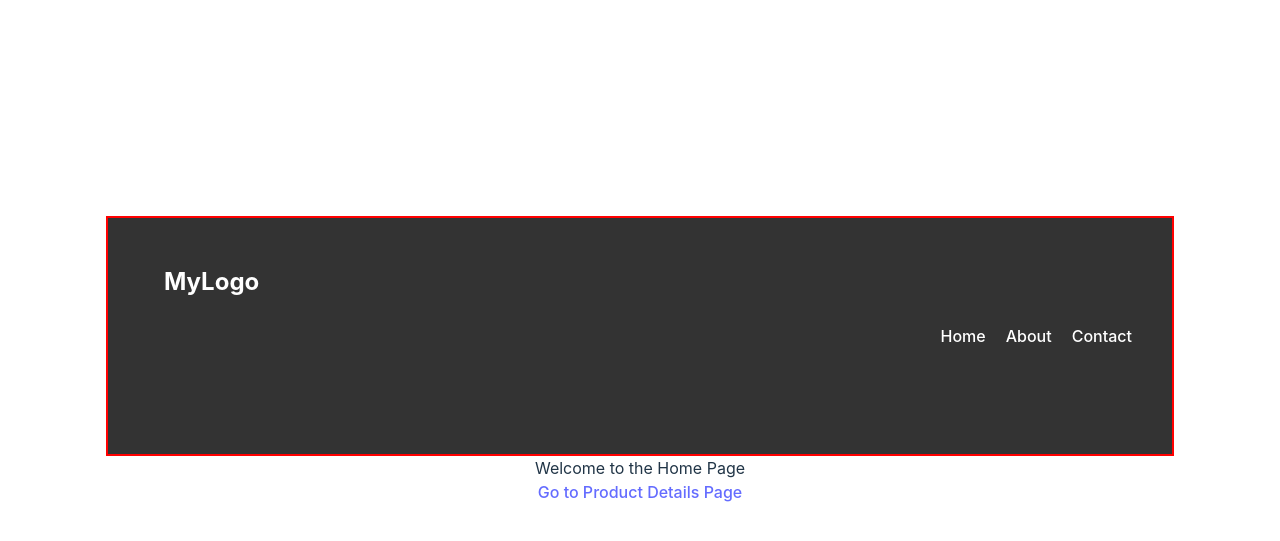
Repository: marcusdashe/proof-of-concept-react-routing
Page: /
The author's editor kept a copy of each file at every save. The page is drawn from the files as they stood at one save, then again after the next save.
The browser window is 1280 px wide. The pictures show the whole page.
The project was rebuilt for these pictures with package versions that can differ from the ones it lists, and the page was loaded fresh each time. Also part of the build but not shown: vite.config.js, src/pages/ProductDetails.jsx, src/pages/Checkout.jsx.

Above is the page before, as saved 2023-08-23 12:27:47.

After the next save:
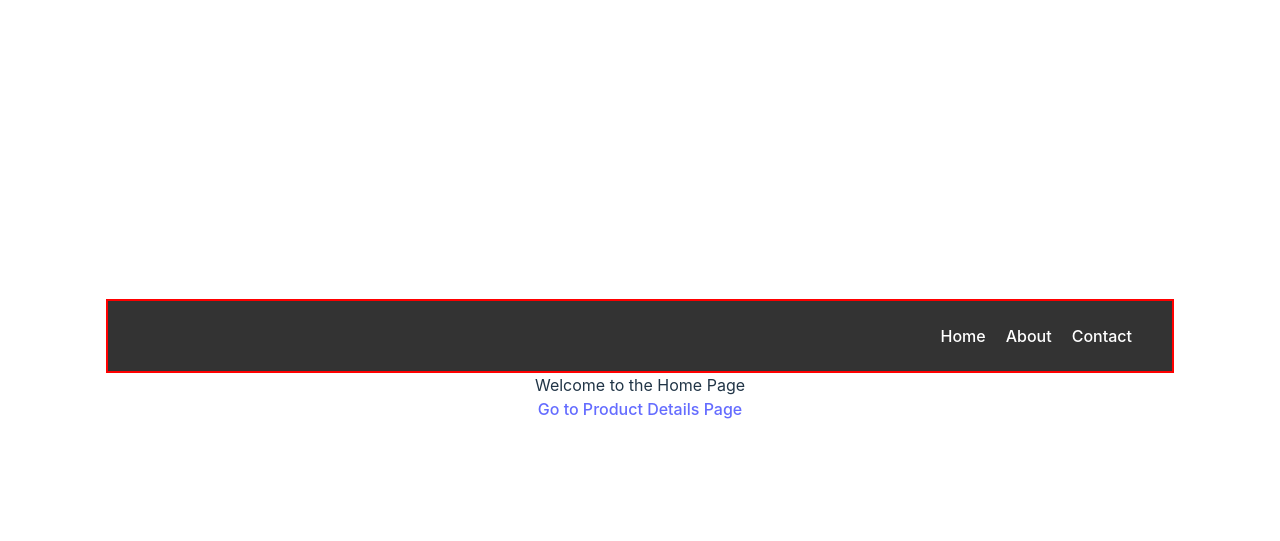
Saved 9 s later.
--- a/src/styles/NavBar.css
+++ b/src/styles/NavBar.css
@@ -8,7 +8,7 @@ ul {
 /* Style for the navigation bar */
 .navbar {
   width: 80vw;
-  height: max-content;
+  height: 50px;
   border: 2px solid red;
   display: flex;
   justify-content: space-between;
